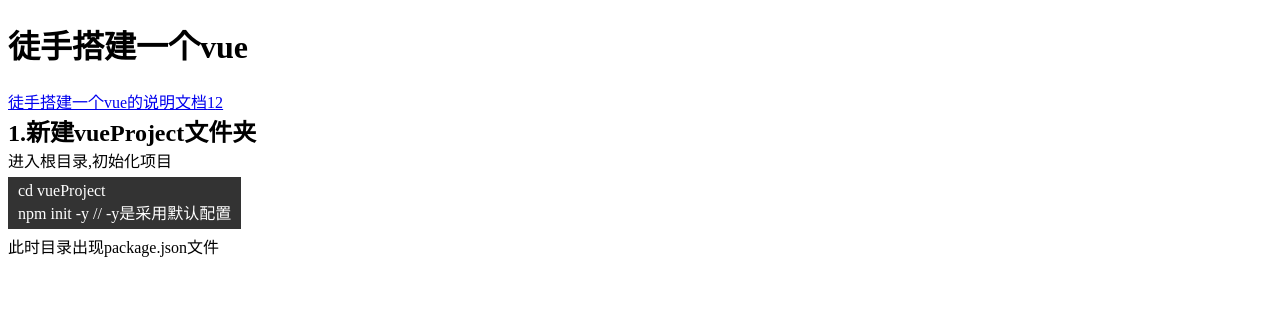
Repository: yuWhy/vue-build-cli
Page: /#/vueBuild
These files come from the project's save history. The page is drawn as it stood at one moment and after the next save; the edit follows.
The browser window is 1280 px wide. The pictures show the whole page.
The project was rebuilt for these pictures with package versions that can differ from the ones it lists, and the page was loaded fresh each time. Also part of the build but not shown: webpack.config.js, src/router/index.js.

Above is the page before, as saved 2021-02-19 16:02:36.

### index.html
<!DOCTYPE html>
<html lang="en">

<head>
  <meta charset="utf-8">
  <meta http-equiv="X-UA-Compatible" content="IE=edge">
  <meta name="viewport" content="width=device-width,initial-scale=1.0">
</head>

<body>
  <div id="app"></div>
</body>

</html>

### src/main.js
import Vue from 'vue'
import App from "./App.vue"
import router from './router/index.js'

new Vue({
  el: '#app',
  router,
  render: h => h(App)
})

### src/App.vue
<template>
  <div id="app">
    <h1>{{msg}}</h1>
    <router-link to="vueBuild">徒手搭建一个vue的说明文档</router-link>
    <router-link to="hello">1</router-link>
    <router-link to="login">2</router-link>
    <router-view></router-view>
  </div>
</template>

<script>
export default {
  name: 'App',
  data() {
    return {
      msg: '徒手搭建一个vue'
    }
  }
}
</script>

### src/components/vue-build.vue
<template>
  <div>
    <h2>1.新建vueProject文件夹</h2>
    <p>进入根目录,初始化项目</p>
    <div class="dimk">
      cd vueProject <br>
      npm init -y // -y是采用默认配置
    </div>
    <br>
    此时目录出现package.json文件
  </div>
</template>
<script>
export default {
  name: 'vueBuild'
}
</script>
<style scoped>
* {
  padding: 0;
  margin: 0;
}
  .h2 {
    margin: 10px 0;
  }
  .dimk {
    background: #333;
    color: #fff;
    padding: 5px 10px;
    display: inline-block;
    margin: 5px 0;
  }
</style>

After the next save:
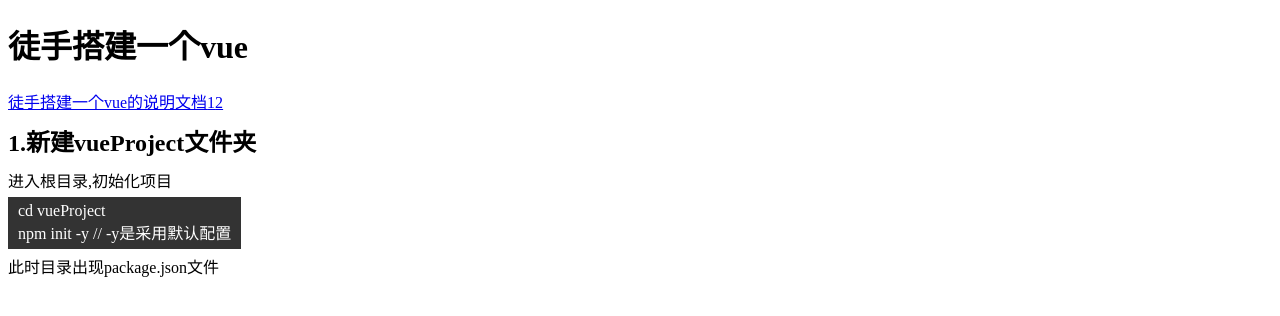
Saved 4 s later.
--- a/src/components/vue-build.vue
+++ b/src/components/vue-build.vue
@@ -20,7 +20,7 @@ export default {
   padding: 0;
   margin: 0;
 }
-  .h2 {
+  h2 {
     margin: 10px 0;
   }
   .dimk {
